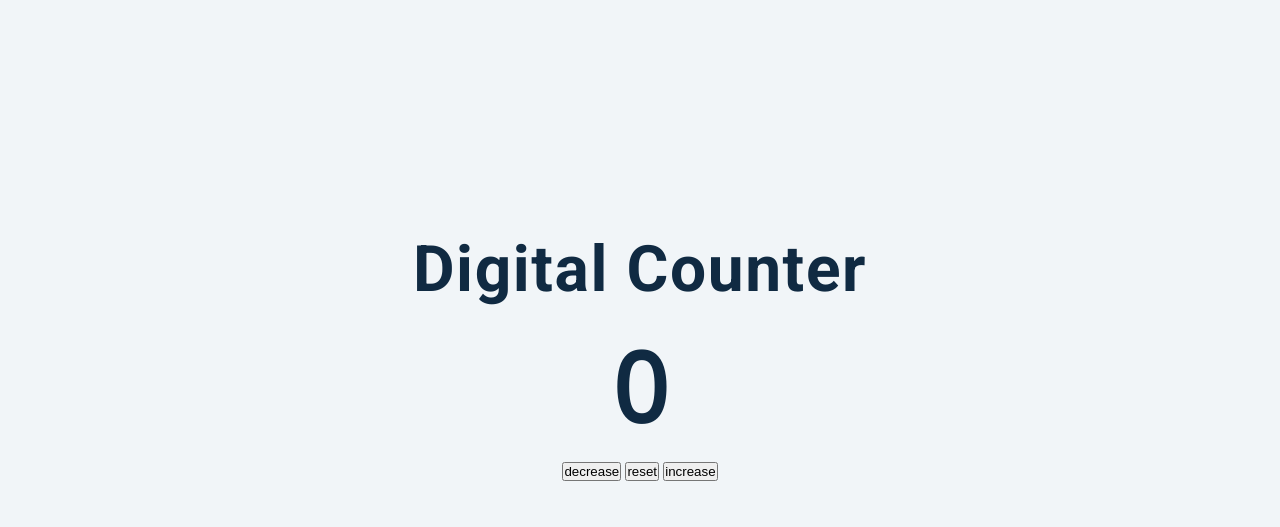
Repository: Kamrangujjar85112/Javascript-Vanilla-Projects
Page: setup/02-counter/setup/index.html
An editor plug-in stored every save of this project. The page is shown before and after the next save, followed by the edit.
The browser window is 1280 px wide. The pictures show the whole page.

Above is the page before, as saved 2022-01-23 23:20:56.

After the next save:
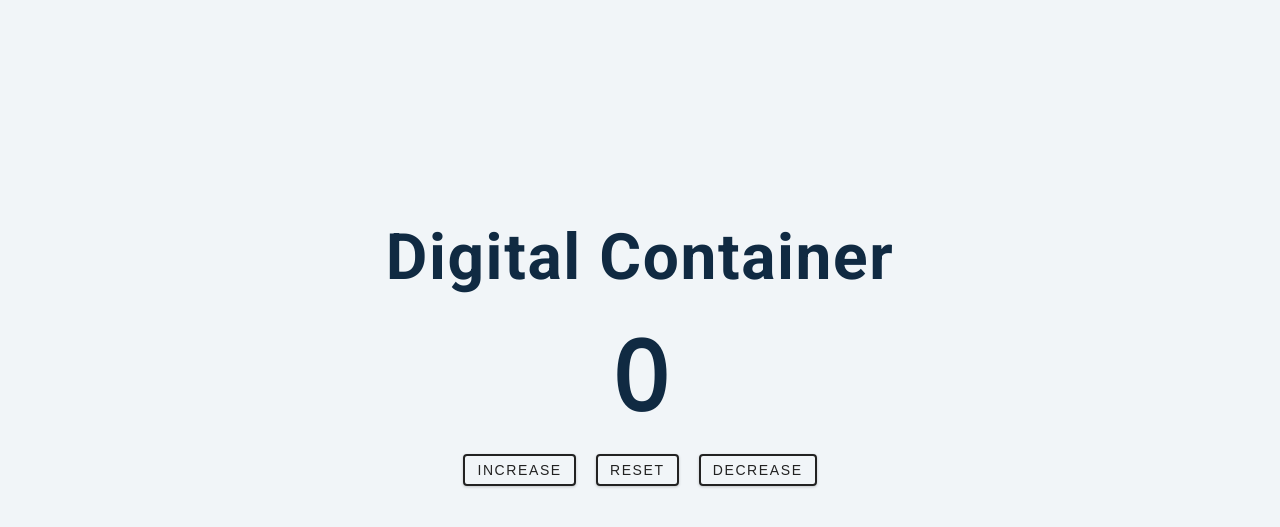
Saved 3 min 51 s later.
--- a/setup/02-counter/setup/index.html
+++ b/setup/02-counter/setup/index.html
@@ -9,17 +9,17 @@
     <link rel="stylesheet" href="styles.css" />
   </head>
   <body>
-    <main>
-      <div class="container">
-        <h1>Digital Counter</h1>
-      <span id="value">0</span>
-      <div class="button-container">
-        <button id="btn decrease">decrease</button>
-        <button id="btn reset">reset</button>
-        <button id="btn increase">increase</button>
-      </div>
-      </div>
-    </main>
+ <main>
+   <div class="container">
+     <h1>Digital Container</h1>
+     <span id="value">0</span>
+     <div class="button-container">
+       <button class="btn increase">increase</button>
+       <button class="btn reset">reset</button>
+       <button class="btn decrease">decrease</button>
+     </div>
+   </div>
+ </main>
     <!-- javascript -->
     <script src="app.js"></script>
   </body>
